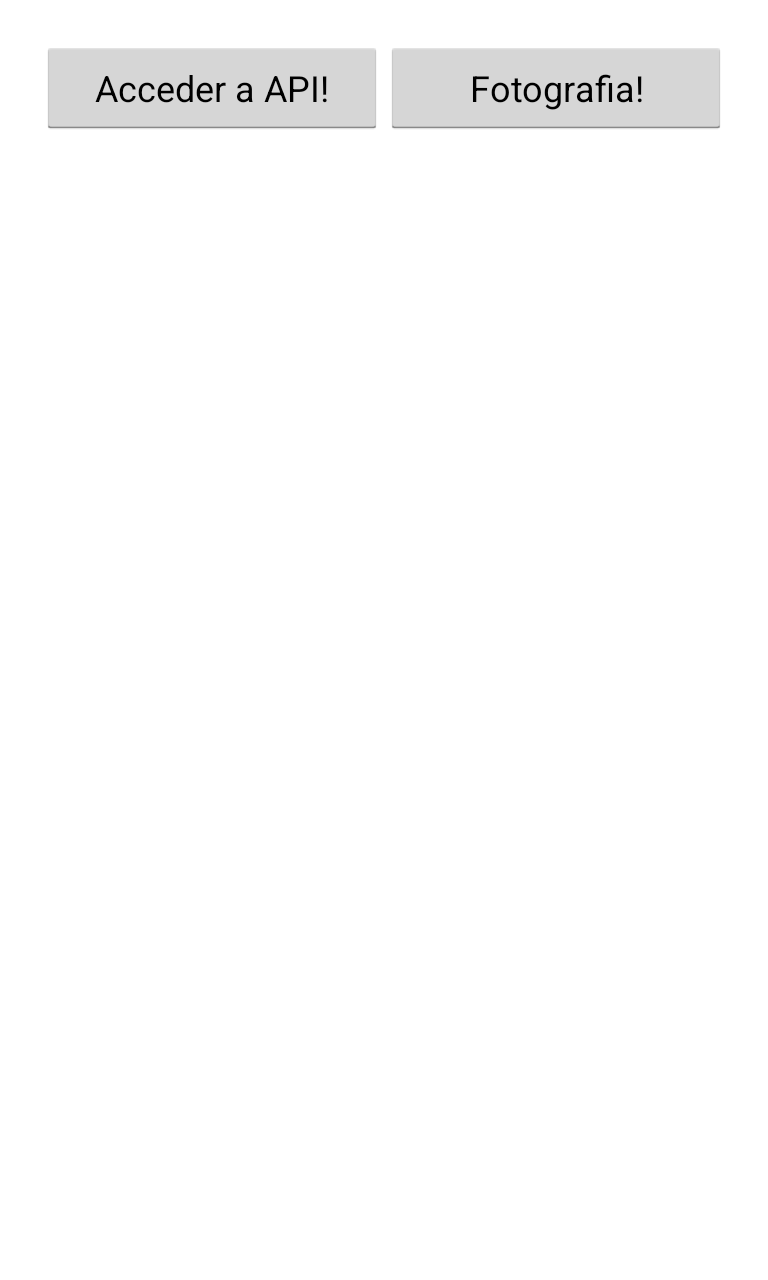
Repository: sstevenmr/SP-Galileo
Layout: Demo3_12/res/layout/activity_main.xml
The author's editor kept a copy of each file at every save. The layout is drawn from the files as they stood at one save, then again after the next save.
It is drawn on a 768 x 1280 px phone screen (xhdpi) without system bars, with theme AppTheme; the app's code is not run. Lists and similar views that code fills are empty.

Above is the layout before, as saved 2014-02-25 17:04:29.

After the next save:
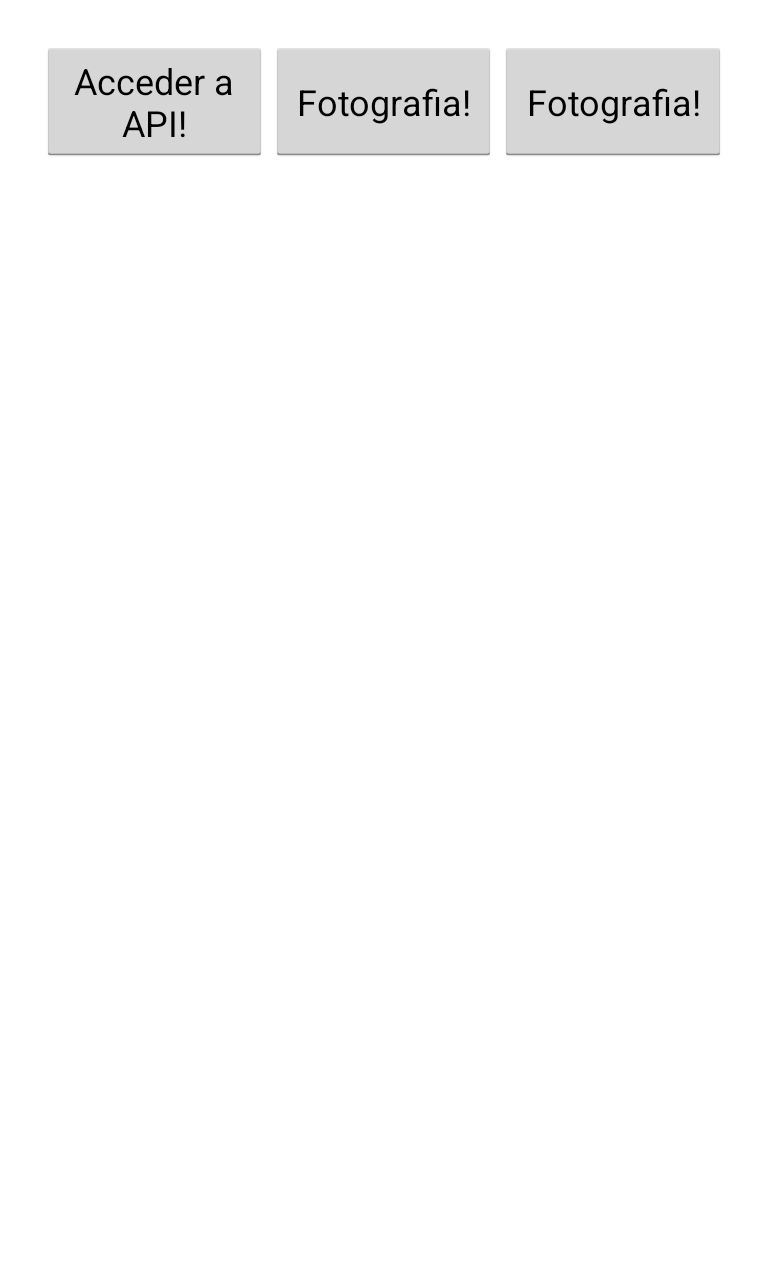
Saved 8 min 4 s later.
--- a/Demo3_12/res/layout/activity_main.xml
+++ b/Demo3_12/res/layout/activity_main.xml
@@ -27,6 +27,13 @@
    		    android:layout_weight="1"
    		    android:text="@string/btn_Photo" />
 
+   		<Button
+   		    android:id="@+id/btnPhoto"
+   		    android:layout_width="0dp"
+   		    android:layout_height="match_parent"
+   		    android:layout_weight="1"
+   		    android:text="@string/btn_Photo" />
+
     </LinearLayout>
 
    	<ProgressBar
